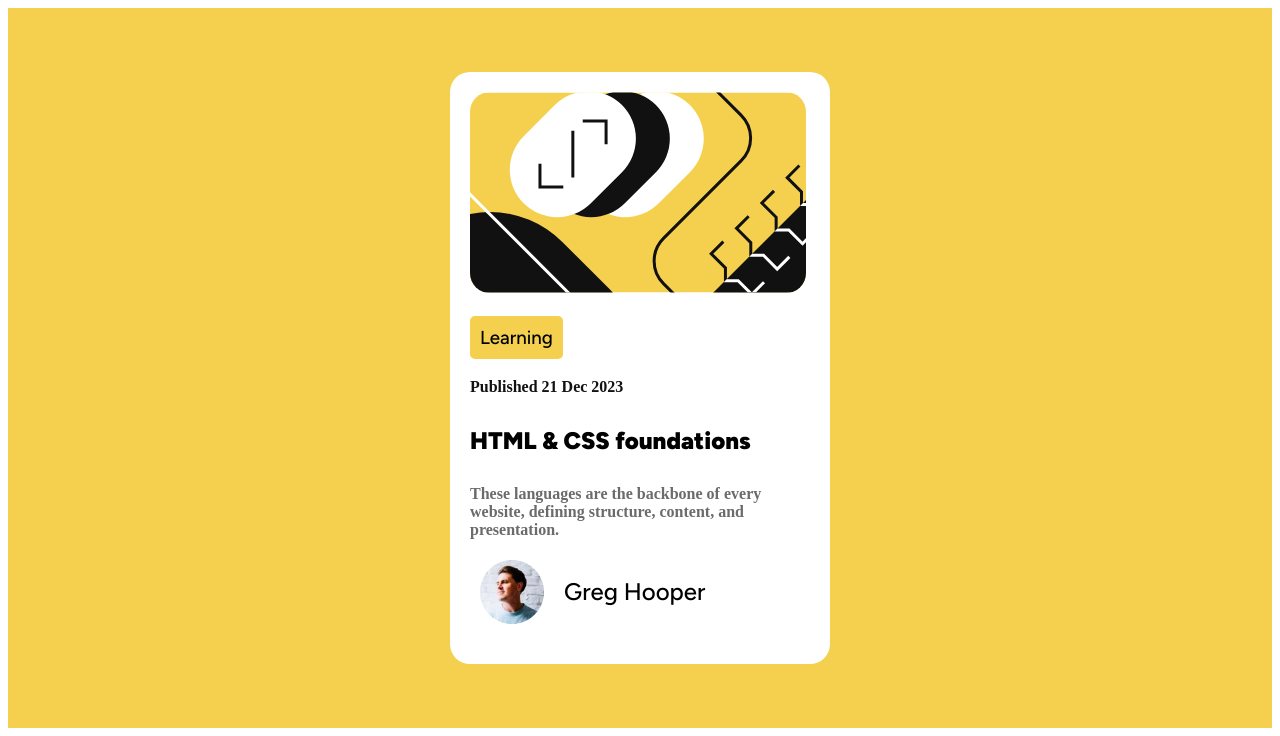
Repository: reemoon-ctrl/blog-preview-card
Page: index.html
An editor plug-in stored every save of this project. The page is shown before and after the next save, followed by the edit.
The browser window is 1280 px wide. The pictures show the whole page.

Above is the page before, as saved 2024-07-19 14:56:29.

### index.html
<!DOCTYPE html>
<html>
    <head>
        <title>Frontend Mentor | Blog preview card</title>
        <link rel="stylesheet" href="index.css" />
        <style>
            @import url('https://fonts.googleapis.com/css2?family=Figtree:ital,wght@0,300..900;1,300..900&display=swap');
        </style>


    </head>
    <body>
        <article class="blog-card-article">
            <div class="blog-card">
                <img class="blog-img"src="img\illustration-article.svg" alt="illustration-article" />
                <h3 class="blog-category">Learning</h3>
                <b class="blog-date">Published 21 Dec 2023</b>
                <h1 class="blog-title">HTML & CSS foundations</h1>
                <b class="blog-discrip">These languages are the backbone of every website, defining structure, content, and presentation.</b>
                <h2 class="blog-author"><img  src="img\image-avatar.webp" alt="Greg Hooper avatar"/>Greg Hooper</h2>
            </div>
        </article>

    </body>
</html>

### index.css
.blog-card-article{
    min-height: 100vh;
    display: flex;
    align-items:center;
    justify-content: center;
    background-color: hsl(47, 88%, 63%);


}

.blog-card{
    background-color: white;
    padding: 20px;
    border-radius: 20px;
    flex-basis: 340px;
}

.blog-img{
    border-radius: 20px;


}

.blog-category{

    background-color: hsl(47, 88%, 63%);
    width:fit-content;
    border-radius: 5px;
    padding: 10px 10px;
    font-family: "Figtree", sans-serif;
    font-optical-sizing: auto;
    font-weight: 500;
    font-style: normal;



}

.blog-date{
    color: hsl(0, 0%, 7%);

}

.blog-title{
    padding: 10px 0;
    font-family: "Figtree", sans-serif;
    font-optical-sizing: auto;
    font-weight: 900;
    font-style: normal;

}
.blog-discrip{
    color:hsl(0, 0%, 42%);

}

.blog-author{
    font-size: 16;
    display: flex;
    align-items:center;
    padding: 0px 10px;
    gap: 20px;
    font-family: "Figtree", sans-serif;
    font-optical-sizing: auto;
    font-weight:500;
    font-style: normal;

}

After the next save:
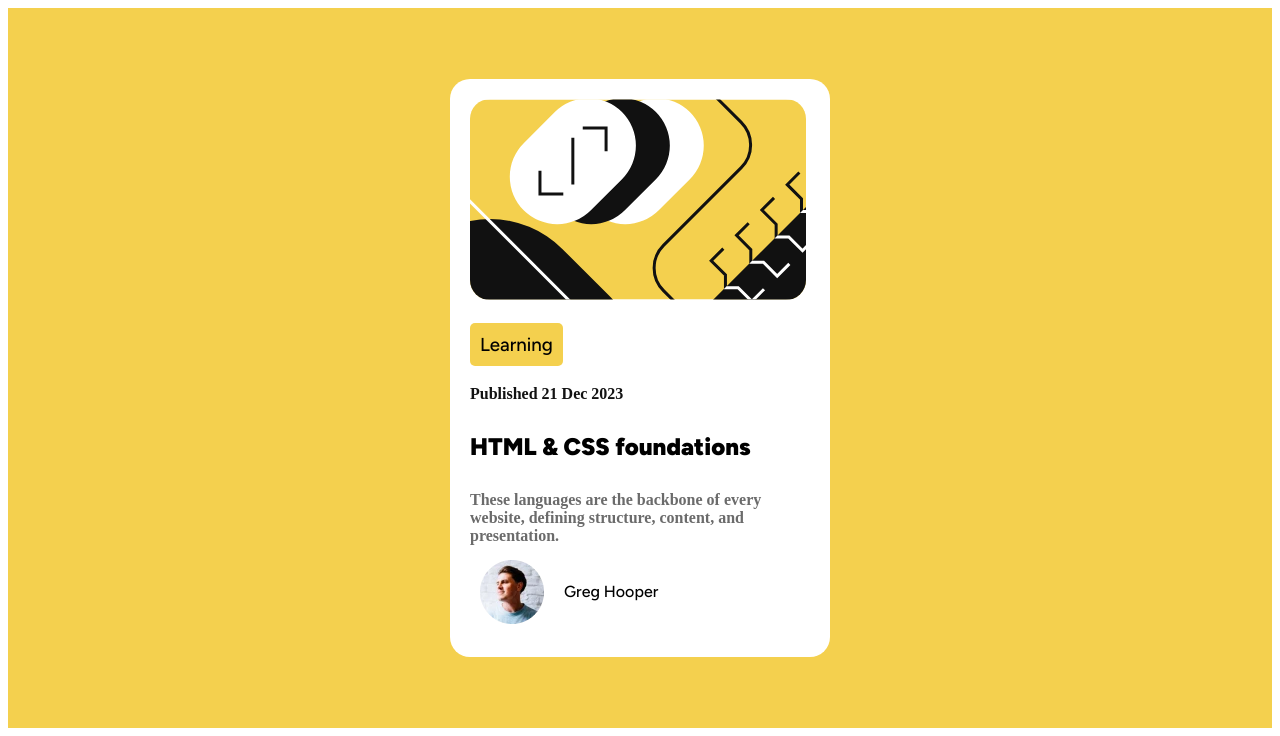
Saved 4 s later.
--- a/index.css
+++ b/index.css
@@ -55,7 +55,7 @@
 }
 
 .blog-author{
-    font-size: 16;
+    font-size: 16px;
     display: flex;
     align-items:center;
     padding: 0px 10px;

After the save that followed:
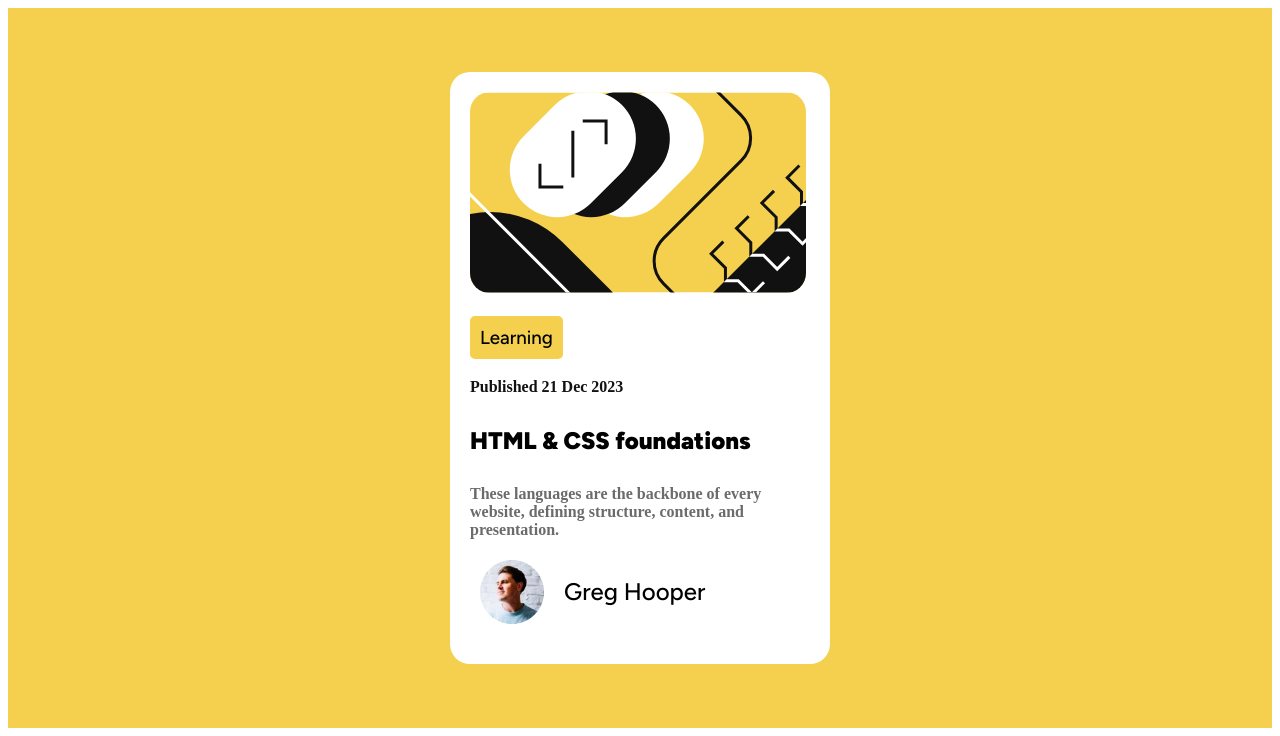
Saved 7 s later.
--- a/index.css
+++ b/index.css
@@ -55,7 +55,7 @@
 }
 
 .blog-author{
-    font-size: 16px;
+    font-size: ;
     display: flex;
     align-items:center;
     padding: 0px 10px;
